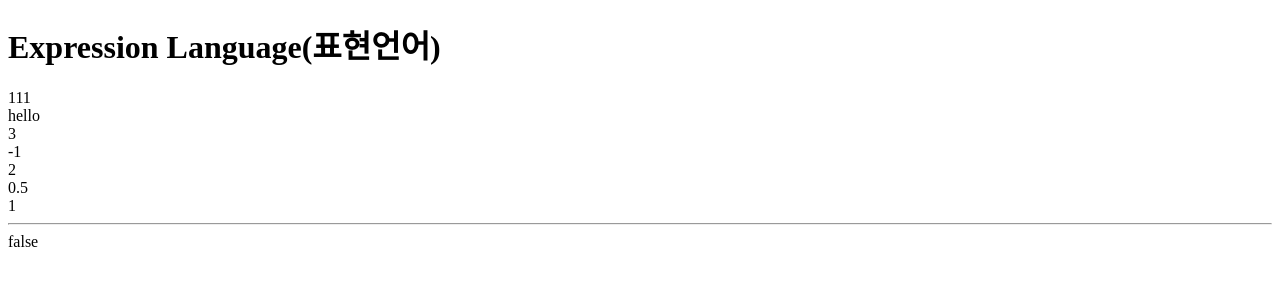
Repository: sanghshlsh/workspace_jsp
Page: http://localhost/Test060202/NewFile.jsp
These files come from the project's save history. The page is drawn as it stood at one moment and after the next save; the edit follows.
The browser window is 1280 px wide. The pictures show the whole page.
The page is served by Tomcat 9.

Above is the page before, as saved 2020-06-02 06:06:00.

After the next save:
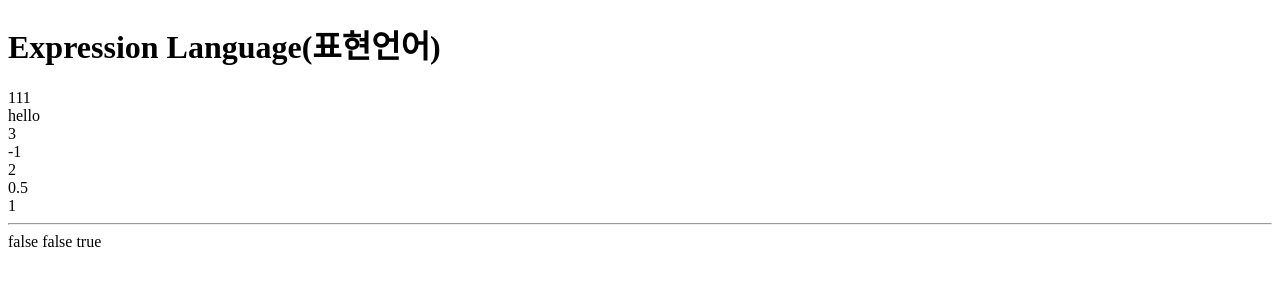
Saved 13 s later.
--- a/Test060202/WebContent/NewFile.jsp
+++ b/Test060202/WebContent/NewFile.jsp
@@ -27,6 +27,8 @@
 	${1%2 }<br>
 	<hr>
 	${1>2 }
+	${1>=2 }
+	${1<2 }
 
 
 </body>
